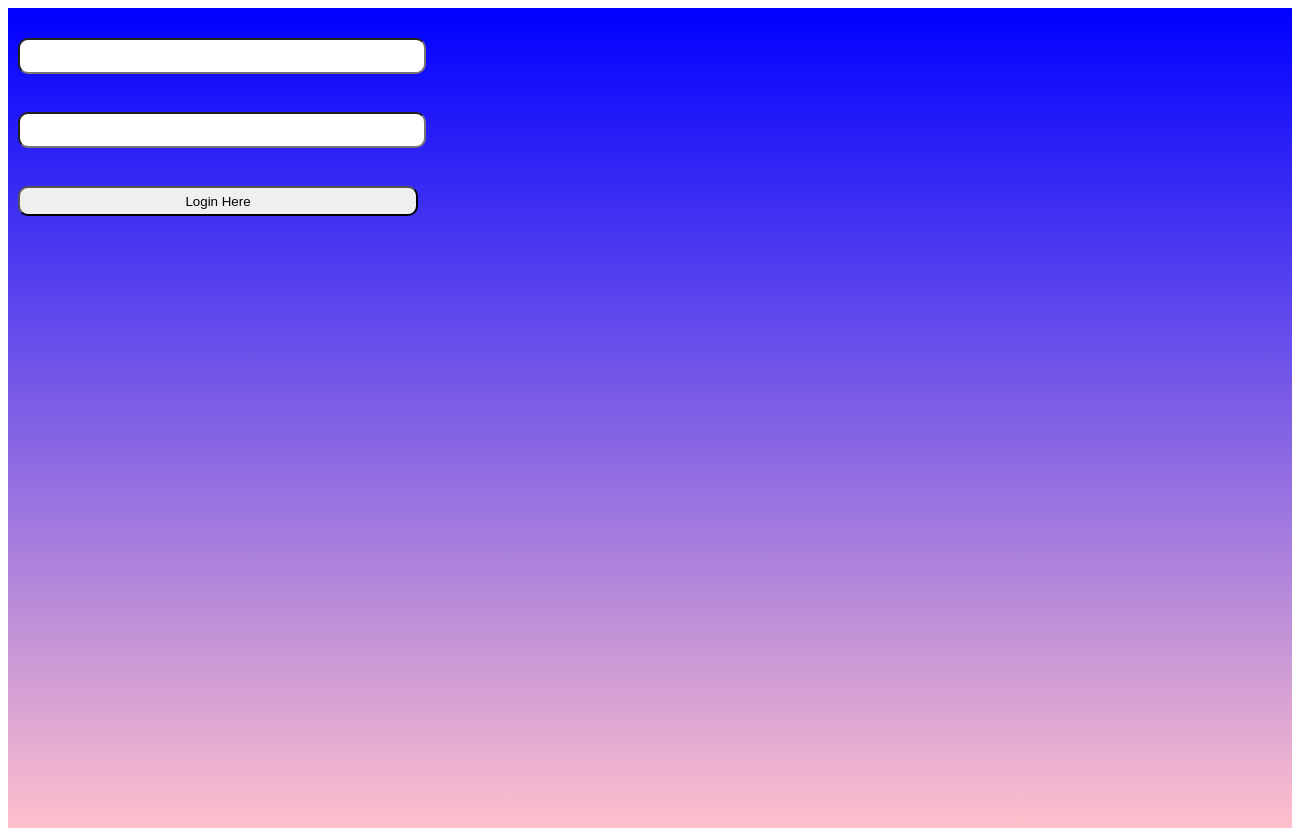
Repository: vaibhaokamble/MY_INSTITUTE_PUNE
Page: SERVLET/LoginServerApplication/src/main/webapp/login.html
The author's editor kept a copy of each file at every save. The page is drawn from the files as they stood at one save, then again after the next save.
The browser window is 1280 px wide. The page is 1292 px wide, then 1302 px, so the pictures cover 1302 px, including what lies to the right of the window. The pictures show the whole page.

Above is the page before, as saved 2022-10-18 09:38:11.

After the next save:
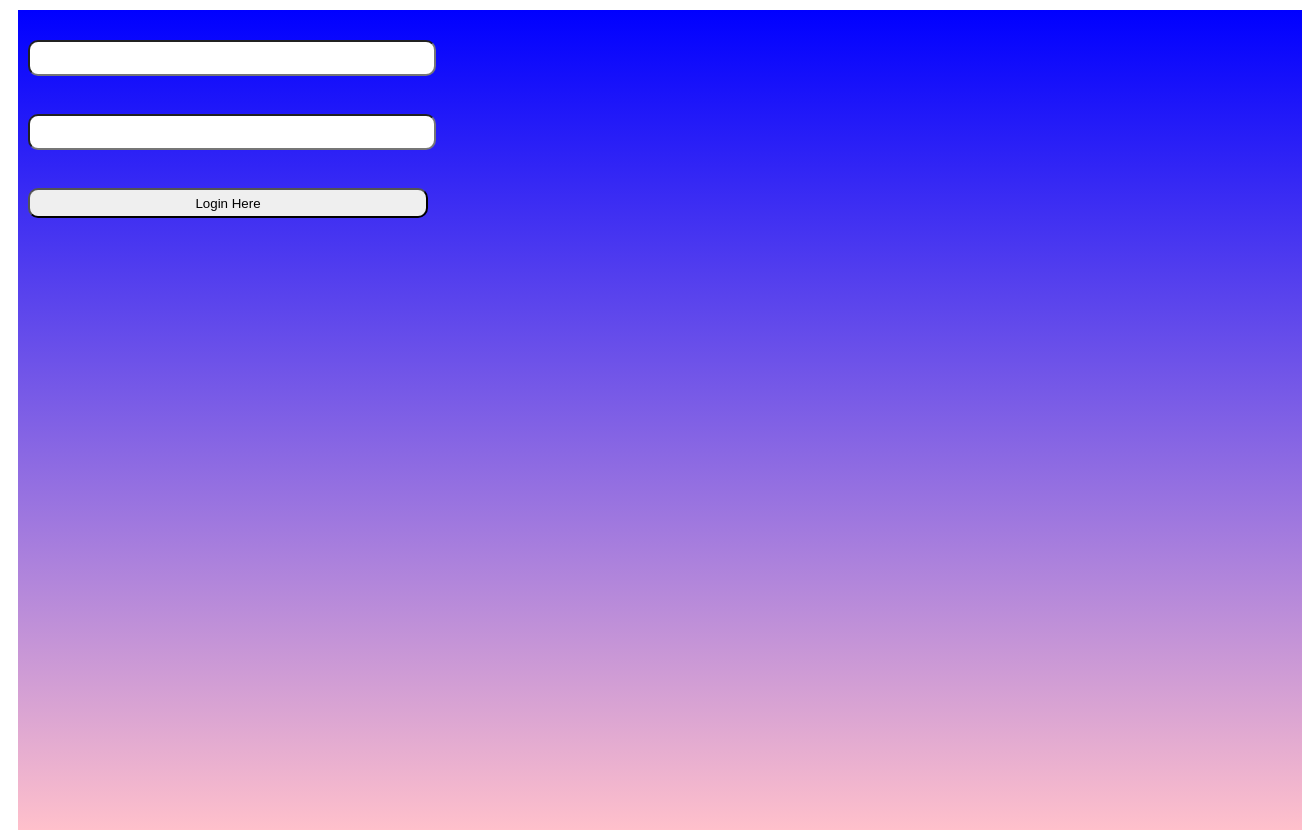
Saved 12 s later.
--- a/SERVLET/LoginServerApplication/src/main/webapp/css/style.css
+++ b/SERVLET/LoginServerApplication/src/main/webapp/css/style.css
@@ -6,6 +6,7 @@
 	height: 800px;
 	background-image: linear-gradient(blue,pink);
 	padding:10px;
+	margin:10px;
 }
 .control {
 	width: 400px;
